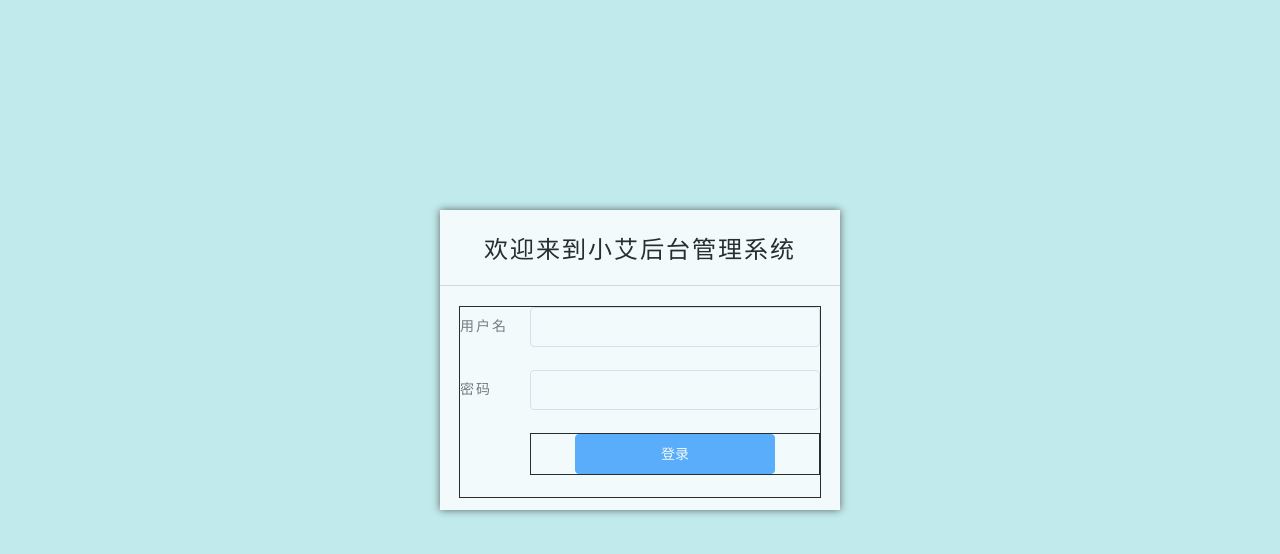
Repository: noob-injoker/router-slots-cw-ee
Page: /Login
These files come from the project's save history. The page is drawn as it stood at one moment and after the next save; the edit follows.
The browser window is 1280 px wide. The pictures show the whole page.
The project was rebuilt for these pictures with package versions that can differ from the ones it lists, and the page was loaded fresh each time. Also part of the build but not shown: vue.config.js, src/views/Home.vue, src/views/Layout.vue.

Above is the page before, as saved 2020-08-29 21:19:02.

### src/main.js
import Vue from 'vue'
import App from './App.vue'
import router from './router'
import store from './store'
import './bus'
import ElementUI from 'element-ui'
import 'element-ui/lib/theme-chalk/index.css'

Vue.use(ElementUI)

Vue.config.productionTip = false

new Vue({
  router,
  store,
  render: h => h(App)
}).$mount('#app')

### src/App.vue
<template>
<div id="app">

  <router-view />

</div>
</template>

<style>
@import './styles/styles.scss';
@import './styles/common.scss';
</style>

### src/router/index.js
import Vue from 'vue'
import VueRouter from 'vue-router'
import Home from '../views/Home.vue'
import Layout from '../views/Layout.vue'

Vue.use(VueRouter)

  const routes = [
    {
      path: '/',
      name: 'Layout',
      component: Layout,
      children: [

        {
          path: '',
          name: 'Home',
          component: Home
        }
        // ,
        // {
        //   path: 'cata',
        //   name: 'cata',
        //   component: () => import('../views/cata.vue')
        // }
      ]

    },
    {
      path:'/Login',
      name:"Login",
      component: () => import('../views/Login.vue'),
      meta:{
        title:'登录'
      }
    },
  // ,
  // {
  //   path: '/about',
  //   name: 'About',
  //   // route level code-splitting
  //   // this generates a separate chunk (about.[hash].js) for this route
  //   // which is lazy-loaded when the route is visited.
  //   component: () => import(/* webpackChunkName: "about" */ '../views/About.vue')
  // }

]

const router = new VueRouter({
  mode: 'history',
  base: process.env.BASE_URL,
  routes
})

export default router

### src/store/index.js
import Vue from 'vue'
import Vuex from 'vuex'
import user from './user/user'

Vue.use(Vuex)

export default new Vuex.Store({
  state: {
    some:""
  },
  mutations: {
    setSome(state,data){
      state.some = data
    }
  },
  actions: {
  },
  modules: {
    user
  }
})

### src/bus/index.js
import Vue from 'vue'
const bus = new Vue()
Vue.prototype.$bus = bus

### src/styles/styles.scss
.username .el-form-item__label,.password .el-form-item__label{
    text-align: left;
}
.button-box .el-button--primary{
    width: 200px;
}

### src/styles/common.scss
*{
  margin: 0px;
  padding: 0px;
}

.df{
  display: flex;
}
.f-1{
  flex: 1;
}
.j-center{
  display: flex;
  justify-content: center;

}
.j-bettween{
  display: flex;
  justify-content: space-between;

}
.j-around{
  display: flex;
  justify-content: space-around;
}
.j-end{
  display: flex;
  justify-content: flex-end;
}
.a-center{
  align-items: center;
}
.f-column{
  display: flex;
  flex-direction: column;
}
.p-r{
  position: relative;
}
.p-a{
  position: absolute;
}

.r1{
  border: 1px solid red;
}
.y1{
  border: 1px solid yellow;
}
.b1{
  border: 1px solid black;
}

.l-height32{
  line-height: 32px;
}
.w100{

  width: 100%;

}
.t-center{
  text-align: center;

}
.f12{
  font-size: 12px;
}

.w1170{
  width: 1170px;
}
.h100{
  height: 100px;
}
.h70{
  height: 70px;
}
.h436{
  height: 436px;
}
.h350{
  height: 350px;
}
.w1070{
  width: 1070px;
}
.h1590{
  height: 1590px;
}
.h726{
  height: 726px;
}
.w1054{
  width: 1054px;
}
.h160{
  height: 160px;
}
.w732{
  width: 732px;
}
.b2{
  border: 2px solid black;
}
.h434{
  height: 434px;

}
.h600{
  height: 600px;
}
.w1078{
  width: 1078px;
}
.h362{
  height: 362px;
}
.fs16{
  font-size: 16px;
}
.w652{
  width: 652px;

}
.h82{
  height: 82px;
}
.w1064{
  width: 1064px;
}
.h352{
  height: 352px;
}
.w286{
  width: 286px;
}
.h22{
  height: 22px;
}
.w290{
  width: 290px;
}
.h330{
  height: 330px;
}
.mt40{
  margin-top: 40px;
}
.h724{
  height: 724px;
}
.h630{
  height: 630px;

}
.w1058{
  width: 1058px;
}
.h160{
  height: 160px;
}
.w290{
  width: 290px;
}
.w738{
  width: 738px;
}
.w1170{
  width: 1170;
}
.h468{
  height: 468px;
}
.mt20{
  margin-top: 20px;
}
.h318{
  height: 318px;
}
.w652{
  width: 652px;
}
.w370{
  width: 370px;
}
.h314{
  height: 314px;
}
.g1{
  border: 1px solid gray;
}
.w146{
  width: 146px;
}
.box_content3_pic img{
  width: 100%;
  height: 100%;
}
.w488{
  width: 488px;
}
.h420{
  height: 420px;
}
.h234{
  height: 234px;
}
.w950{
  width: 950px;
}
.h68{
  height: 68px;
}
.w124{
  width: 124px;
}
.h50{
  height: 50px;
}
.w190{
  width: 190px;
}
.h44{
  height: 44px;
}
.w184{
  width: 184px;
}
.h32{
  height: 32px;
}
.h400{
  height: 400px;
}
.w1200{
  width: 1200px;
}
.w950{
  width: 950px;

}
.h630{
  height: 630px;
}
.h188{
  height: 188px;
}
.h380{
  height: 380px;
}
.h335{
  height: 335px;
}
.h138{
  height: 138px;
}
.w238{
  width: 238px;
}
.h668{
  height: 668px;
}
.h446{
  height: 446px;
}
.w460{
  width: 460px;
}
.w140{
  width: 140px;
}
.h140{
  height: 140px;
}
.w320{
  width: 320px;
}
.w950{
  width: 950px;

}
.h498{
  height: 498px;
}
.h100{
  height: 100px;
}
.h398{
  height: 398px;
}
.mb10{
  margin-bottom: 10px;
}
.w358{
  width: 358px;
}
.w440{
  width: 440px;
}
.w119{
  width: 119px;
}
.h30{
  height: 30px;
}
.w59{
  width: 59px;
}
.h88{
  height: 88px;
}
.w1000{
  width: 1000px;
}
.height{
  height: 460px;
}
.w120{
  width: 120px;
}
.h70{
  height: 70px;
}
.fs12{
  font-size: 12px;
}
.fs14{
  font-size: 14px;
}
.h509{
  height: 509px;
}
.w644{
  width: 644px;
}
.w274{
  width: 274px;
}
.w162{
  width: 274px;
}
.h104{
  height: 104px;
}
.w450{
  width: 450px;
}
.w162{
  width: 162px;
}
.h38{
  height: 38px;
}
.h40{
  height: 40px;
}
.w276{
  width: 276px;
}
.h320{
  height: 320px;
}
.w274{
  width: 274px;

}
.h76{
  height: 76px;
}
.h84{
  height: 84px;
}
.h140{
  height: 140px;
}
.h72{
  height: 72px;
}
.h80{
  height: 80px;
}
.h140{
  height: 140px;
}
.w98{
  width: 98px;
}
.w172{
  width: 172px;
}
.h310{
  height: 310px;
}
.h150{
  height: 150px;
}
.h40{
  height: 40px;
}
.pr{
  position: relative;
}
.pa{
  position: absolute;
}
.h176{
  height: 176px;
}
.w920{
  width: 920px;
}
.h122{
  height: 122px;
}
.h145{
  height: 145px;
}
.h108{
  height: 108px;
}
.h48{
  height: 48px;
}
.w612{
  width: 612px;
}
.h36{
  height: 36px;
}
.w322{
  width: 322px;
}
.w1002{
  width: 1002px;
}
.h98{
  height: 98px;
}
.h44{
  height: 44px;
}

.h328{
  height: 328px;
}
.w670{
  width: 670px;
}
.w258{
  width: 258px;
}
.h368{
  height: 368px;
}
.h308{
  height: 308px;
}
.w332{
  width: 332px;
}
.h590{
  height: 590px;
}
.h466{
  height: 466px;
}
.w242{
  width: 242px;
}
.w732{
  width: 732px;
}
.h42{
  height: 42px;
}
.w420{
  width: 420px;
}
.w270{
  width: 270px;
}
.w730{
  width: 730px;
}
.h150{
  height: 150px;
}
.w270{
  width: 270px;
}
.h120{
  height: 120px;
}
.w420{
  width: 420px;
}

.h150{
  height: 150px;
}
.w244{
  width: 244px;

}
.h276{
  height: 276px;
}
.h42{
  height: 42px;
}
.h490{
  height: 490px;
}
.f1{
  flex: 1;
}
.f5{
  flex: 5;
}
.h64{
  height: 64px;
}
.m-l-20{
  margin-left: 20px;
}
.p-l-8{

  padding-left: 8px;
}
.cw{
  color: white;
}
.bg_blue{
  background: rgb(87, 87, 128);
}
.p10{
  padding:10px;
}
.m-t-40{
  margin-top: 40px;
}
.m-t-10{
  margin-top: 10px;
}
.wb20{
  width: 20%;
}
.wb24{
  width: 24%;
}
.hb30{
  height: 30%;
}
.h60{
  height: 60px;
}
.fs22{
  font-size: 40px;
}
.h50{
  height: 50px;
}
.w200{
  width: 200px;
}
.m-t-10{
  margin-top: 10px;
}
.fw7{
  font-weight: 700;
}
.w200{
  width: 200px;
}
.h200{
  height: 200px;
}
.h602{
  height: 602px;
}
.h608{
  height: 607px;
}
.m-l-r-20{
  margin-left: 20px;
  margin-right: 20px;
}
.bgwhite{
  background: white;
}
.fixed{
  position: fixed;
}
.m-l-r-15{
  margin-left: 15px;
  margin-right: 15px;
}
.m-l-10{
  margin-left: 10px;
}
.m-t-15{
  margin-top:15px
}
.h40{
  height: 40px;
}
.bgw{
  background: white;
}
.h30{
  height: 30px;
}
.wb100{
  width: 100%;
}
.w300{
  width: 400px;
}
.h40{
  height: 40px;
}
.m-b-20{
  margin-bottom: 20px;
}
.m-t-20{
  margin-top: 20px;
}
.m-r-30{
  margin-right:30px;
}
.ccc{
  display: flex;
  align-items: center;
  justify-content: center;
}
.w00{
  width: 100%;

}
.h00{
  height: 100%;
}
.bgBlue{
  background: blue;
}
.bgBlack{
  background: black;
}
.bgGreen{
  background: green;
}

### src/views/Login.vue
<template>
<div class="box">

  <div class="login-box">
    <div class="title ">欢迎来到小艾后台管理系统</div>
    <div class="line"></div>

    <div class="b1 form-box">
      <el-form :model="ruleForm" :rules="rules" ref="ruleForm" label-width="70px" class="demo-ruleForm">

        <div class="username">
          <el-form-item label="用户名" prop="用户名">
            <el-input v-model="ruleForm.username"></el-input>
          </el-form-item>
        </div>

        <div class="password">
          <el-form-item label="密码" prop="密码">
            <el-input type="password" v-model="ruleForm.password"></el-input>
          </el-form-item>
        </div>

        <el-form-item>

         <div class="button-box b1"> <el-button type="primary" @click="submitForm('ruleForm')">登录</el-button></div>

        </el-form-item>

      </el-form>
    </div>

  </div>
</div>
</template>

<script>
export default {
  name: '',
  props: {},
  components: {

  },
  data() {
    return {
      ruleForm: {
        username: '',
        password: "",
      },
      rules: {
        username: [{
            required: true,
            message: '请输入用户名',
            trigger: 'blur'
          },
          {
            min: 3,
            max: 5,
            message: '长度在 3 到 5 个字符',
            trigger: 'blur'
          }
        ],
        password: [{
            required: true,
            message: '请输入密码',
            trigger: 'blur'
          },
          {
            min: 3,
            max: 5,
            message: '长度在 3 到 5 个字符',
            trigger: 'blur'
          }
        ]
      }

    }
  },
  methods: {

    submitForm(formName) {
      this.$refs[formName].validate((valid) => {
        if (valid) {
          this.$store.dispatch('user/login', {
            username: this.ruleForm.username,
            password: this.ruleForm.password
          })
          alert('submit!');

        } else {
          console.log('error submit!!');
          return false;
        }
      });
    }

  },
  mounted() {

  },
  watch: {

  },
  computed: {

  }
}
</script>

<style lang="scss" scoped>
.button-box{
  display: flex;
  justify-content: center;
}
.form-box{
  width: 360px;
}
.line {
  text-align: left !important;
}

.line {
  margin: 20px auto;
  width: 100%;
  height: 1px;
  background: rgb(216, 212, 212);
}

.title {
  margin-top: 20px;
  font-size: 24px;
}

.el-input__inner {
  background: white;
}

.box {
  letter-spacing: 2px;
  background: rgb(192, 234, 236);
  width: 100%;
  height: 100%;
  position: absolute;

}

.login-box {
  position: absolute;
  margin: auto;
  left: 0;
  right: 0;
  top: 0;
  bottom: 0;
  width: 400px;
  height: 300px;
  background: white;
  box-shadow: 0 0 8px rgb(75, 70, 70);
  display: flex;
  flex-direction: column;
  align-items: center;
  opacity: 0.8;

}
</style>

### src/store/user/user.js
import api from '../../http/api'
import router from '../../router'
import {Message} from 'element-ui'

export default {
  // 开启命名空间 这个文件就是单独的一个vuex的模块
  namespaced: true,
  state: {
    menus: []
  },
  mutations: {
    setMenus(state, data) {
      state.menus = data
    }
  },
  actions: {
    // 所有的请求都写在actions里面
    // action里面的方法可以传两个参数 第一个参数是整个store(vuex对象) 第二个参数是请求的参数
    async getMenus({commit}) {
      let res = await api.getMenus()
      if (res.meta.status === 200) {
        // 提交mutation
        commit('setMenus', res.data)
      }
    },
    async login({commit}, {username, password}) {
      console.log(commit);
      let res = await api.login({
        username,
        password
      })
      if (res.meta.status === 200) {
        // 存储信息
        localStorage.setItem('adminToken', res.data.token)
        localStorage.setItem('adminUser', JSON.stringify(res.data))
        // 跳转路由
        router.push('/Home')
        // 提示用户
        Message.success('登录成功')
      } else {
        Message.error(res.meta.msg)
      }
    }
    // getMenus() {
    //   api.getMenus().then().catch()
    // }
  },
}

### src/http/api.js
import service from './index'

export default {
  login({username, password}) {
    return service.post('/login', {
      username,
      password
    })
  },
  getMenus() {
    return service.get('menus')
  }
}

### src/http/index.js
import axios from 'axios'
import nprogress from 'nprogress'
import {Message} from 'element-ui'


// 运行环境: 本地环境:devlpment 和线上(生产)环境: production
const isPro = process.env.NODE_ENV === 'production'

// 创建一个axios的实例
const service = axios.create({
  // 基础路径: 需要根据当前的运行环境来判断
  baseURL: isPro ? '线上的接口路径' : '/api',
  // 超时时间
  timeout: 100000
})


// 请求拦截: 每一次发请求都会做的事情
service.interceptors.request.use((config) => {
  nprogress.start()
  // 前后端鉴权
  // jwt: JSON WEB TOKEN
  // 登录成功之后 后端会返回一个令牌
  let token = localStorage.getItem('adminToken')
  if (token) {
    // 需要在请求头当中添加token
    config.headers['Authorization'] = token
  }
  return config
}, err => {
  nprogress.done()
  return Promise.reject(err)
})


// 响应拦截: 每一次接口返回数据的时候都会做的事情
service.interceptors.response.use((res) => {
  nprogress.done()
  return res.data
}, err => {
  if (err.response && err.response.status) {
    // 错误请求的状态码
    let status = err.response.status
    if (status === 400) {
      Message.error('参数错误')
    }
    if (status === 401) {
      Message.error('登录过期,请重新登录')
    }
    if (status === 403) {
      Message.error('没有权限')
    }
    if (status === 404) {
      Message.error('接口路径错误')
    }
    if (status === 500) {
      Message.error('服务器出错')
    }
    if (status === 503) {
      Message.error('服务器在维护')
    }
  }
  return Promise.reject(err)
})


export default service

Loaded but not shown: public/index.html (common file)

After the next save:
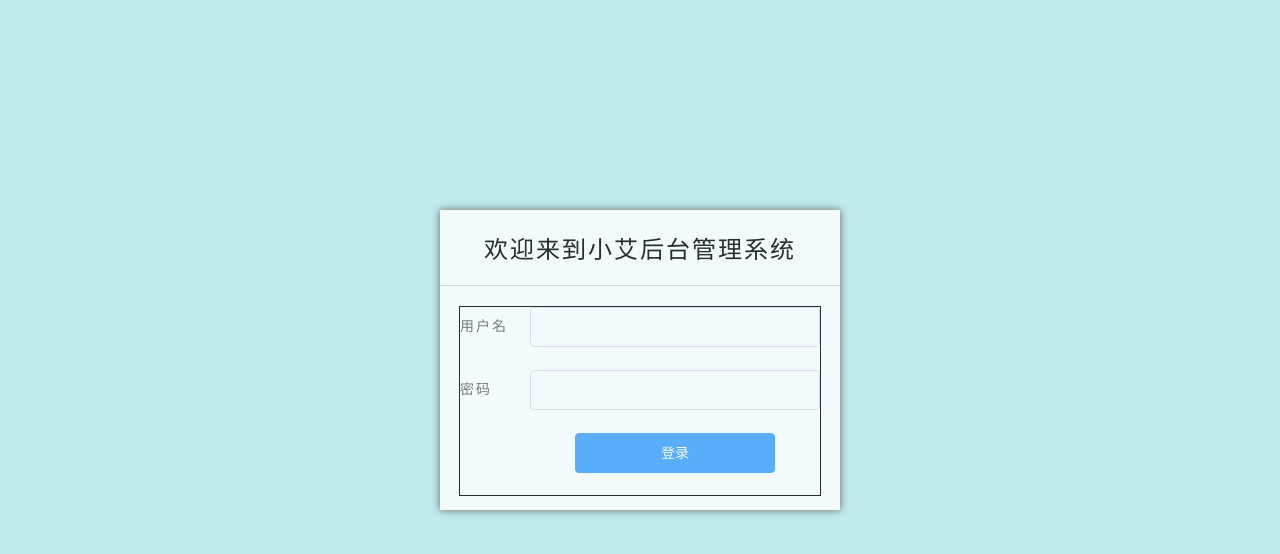
Saved 27 s later.
--- a/src/views/Login.vue
+++ b/src/views/Login.vue
@@ -22,7 +22,7 @@
 
         <el-form-item>
 
-         <div class="button-box b1"> <el-button type="primary" @click="submitForm('ruleForm')">登录</el-button></div>
+         <div class="button-box "> <el-button type="primary" @click="submitForm('ruleForm')">登录</el-button></div>
 
         </el-form-item>
 
